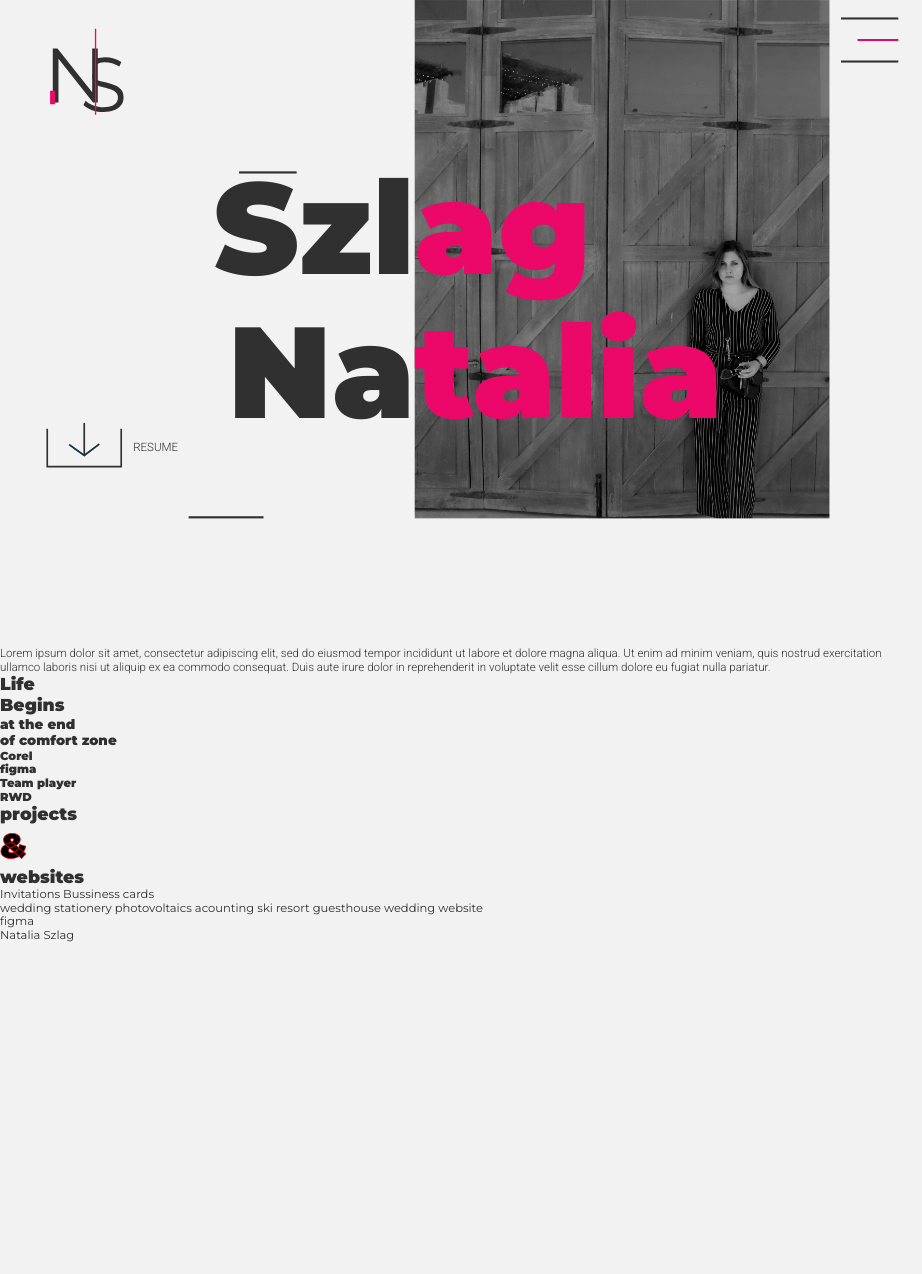
Repository: nataliaszlag/portfolio3
Page: index.html
These files come from the project's save history. The page is drawn as it stood at one moment and after a run of saves; the edit follows.
The browser window is 1280 px wide. The pictures show the whole page, at 72% of full size.
The style sheet was rebuilt from its Sass, Less or Tailwind sources for each picture, by a compiler version that may differ from the author's.

Above is the page before, as saved 2020-09-26 20:31:15.

### index.html
<!DOCTYPE html>
<html lang="en">
<head>
    <meta charset="UTF-8">
    <meta name="viewport" content="width=device-width, initial-scale=1.0">
    <title>Portfolio</title>
    <link rel="stylesheet" href="/css/style.css">
    <link href="https://fonts.googleapis.com/css2?family=Montserrat:wght@300;400;600;900&family=Roboto:wght@300&display=swap" rel="stylesheet">
<body>
    <img><img class="hero-img"src="/img/img-hero.JPG" alt="zdj"><h1 class="h1-name-2 clr-prim">ag<br>talia</h1></div>
    <header class="hero">
        <nav>
            <logo class="logo">
                <svg width="202" height="202" viewBox="0 0 202 202" fill="none" xmlns="http://www.w3.org/2000/svg">
                    <path d="M111.707 131.661C106.15 131.661 100.822 130.771 95.7284 128.989C90.6331 127.207 86.6957 124.857 83.9163 121.934L87.0156 115.841C89.7232 118.549 93.3219 120.742 97.8117 122.416C102.302 124.091 106.933 124.927 111.707 124.927C118.407 124.927 123.43 123.699 126.779 121.239C130.128 118.781 131.805 115.592 131.805 111.673C131.805 108.68 130.895 106.292 129.078 104.511C127.26 102.729 125.035 101.357 122.397 100.396C119.76 99.4333 116.091 98.3831 111.387 97.2422C78.7372 90.0157 110.659 55.7886 98.6857 58.3337C92.9473 59.5532 105.322 55.7647 113.312 55.5543C117.586 55.4414 121.773 56.1427 125.871 57.3177C129.969 58.4945 133.513 60.116 136.506 62.1821L133.835 68.4884C130.7 66.4223 127.351 64.8726 123.786 63.8395C120.223 62.8047 116.732 62.3344 113.312 62.2882C95.5796 62.0521 91.8988 81.0702 103.104 87.2483C105.649 88.6525 109.535 89.2614 114.167 90.4023C119.654 91.7552 124.089 93.091 127.474 94.4098C130.859 95.7285 133.727 97.7228 136.079 100.396C138.431 103.068 139.607 106.684 139.607 111.245C139.607 115.022 138.591 118.46 136.561 121.561C134.529 124.66 131.411 127.118 127.207 128.936C123.003 130.753 117.837 131.661 111.707 131.661Z" fill="#303030"/>
                    <path d="M103.826 43.3881V118.212H97.3055L49.2035 57.4973V118.212H41.2945V43.3881H47.8146L96.0226 104.103V43.3881H103.826Z" fill="#303030"/>
                    <path fill-rule="evenodd" clip-rule="evenodd" d="M99.789 135.296V16.0728H101.621V135.296H99.789Z" fill="#EC0868"/>
                    <path fill-rule="evenodd" clip-rule="evenodd" d="M37.5521 120.721L37.5538 101.949L44.6315 101.956V120.726L37.5521 120.721Z" fill="#EC0868"/>
                    </svg>


            </logo>
            <ul class="navbar">
                <svg class="hamburger"width="80" height="63" viewBox="0 0 80 63" fill="none" xmlns="http://www.w3.org/2000/svg">
                    <g  class="line-menu-1"><line y1="1.5" x2="80" y2="1.5" stroke="#303030" stroke-width="3"/></g>
                    <g class="line-menu-2"><line y1="61.5" x2="80" y2="61.5" stroke="#303030" stroke-width="3"/></g>
                    <line x1="23" y1="31.5" x2="80" y2="31.5" stroke="#EC0868" stroke-width="3"/>
                    </svg>

                <li class="nav-list"><a href ="#">ABOUT</a></li>
                <li class="nav-list"><a href ="#">PORTFOLIO</a></li>
                <li class="nav-list"><a href ="#">CONTACT</a></li>
            </ul>
        </nav>
        <div class="flex">
            <div class="line-1"></div>
            <h1 class="h1-name">Szl<br>Na</h1>
        </div>
        <div class="resume">
            <icon class="resume-icon">
                <svg width="106" height="63" viewBox="0 0 106 63" fill="none" xmlns="http://www.w3.org/2000/svg">
                    <path d="M1.60553 8.5282V61.0716H104.395V8.5282" stroke="#303030" stroke-width="2.36" stroke-miterlimit="22.9256"/>
                    <path d="M53 0.473083V45.5269" stroke="#303030" stroke-width="2.36" stroke-miterlimit="22.9256"/>
                    <path d="M32.1326 30.6015L52.9999 45.5269L73.8673 29.8981" stroke="#00A0E3" stroke-width="2.36" stroke-miterlimit="22.9256"/>
                    <path d="M32.1326 30.6015L52.9999 45.5269L73.8673 29.8981" stroke="#303030" stroke-width="2.36" stroke-miterlimit="22.9256"/>
                    </svg>
            </icon>
            <p class="resume-p">RESUME</p>
            <div class="line-2"></div>
        </div>
    </header>
    <main>
        <article class="main-page">

            <div class="arrow">
                <svg>
                </svg>
            </div>
    </article>
        <article class="about">
            <div class="about-flex">
                <p class="about-p">
                    Lorem ipsum dolor sit amet, consectetur adipiscing elit, sed do eiusmod tempor incididunt ut labore et dolore magna aliqua. Ut enim ad minim veniam, quis nostrud exercitation ullamco laboris nisi ut aliquip ex ea commodo consequat. Duis aute irure dolor in reprehenderit in voluptate velit esse cillum dolore eu fugiat nulla pariatur.
                </p>
        </div>
            <div class="about-flex">
                <h2 class="about-primary">Life</h2>
                <h2 class="about-secondary">Begins</h2>
                <h3 class="about-terciary">at the end<br>of comfort zone</h3>
        </div>
            <div class="about-flex">
                <div class="vector"></div>
        </div>
            <div class="about-flex">
                <h4 class="stat">Corel</h4>
                <div class="stat-bar">
                <div class="bar"></div>
                <div class="bar"></div>
                <div class="bar"></div>
                <div class="bar"></div>
                <div class="bar"></div>
            </div>
            <h4 class="stat">figma</h4>
                <div class="stat-bar">
                <div class="bar-1"></div>
                <div class="bar-2"></div>
                <div class="bar-3"></div>
                <div class="bar-4"></div>
                <div class="bar-5"></div>
            </div>
            <h4 class="stat">Team player</h4>
                <div class="stat-bar">
                <div class="bar-1"></div>
                <div class="bar-2"></div>
                <div class="bar-3"></div>
                <div class="bar-4"></div>
                <div class="bar-5"></div>
            </div>
            <h4 class="stat">RWD</h4>
                <div class="stat-bar">
                <div class="bar-1"></div>
                <div class="bar-2"></div>
                <div class="bar-3"></div>
                <div class="bar-4"></div>
                <div class="bar-5"></div>
            </div>
        </div>
    </article>

    <article class="portfolio">
        <h2 class="portfolio-primary">projects<br></h2>
        <h2 class="portfolio-ampersand">&</h2>
        <h2 class="portfolio-secondary">websites</h2>

        <div class="projects-flex">
            <div class="project-gallery">
                <a href="https://www.kraftdesign.pl" target="_blank" class="link">Invitations</a>
                <a href="#gallery" class="link">Bussiness cards</a>
            </div>
            <div class="project-links">
                <a href="https://www.kraftdesign.pl" target="_blank" class="link">wedding stationery</a>
                <a href="https://www.cellinstalacje.pl" class="link" target="_blank" >photovoltaics</a>
                <a href="https://www.cellsksiegowosc.pl" class="link" target="_blank">acounting</a>
                <a href="https://www.masterski.pl" class="link" target="_blank">ski resort</a>
                <a href="https://www.tylicznoclegi.pl" class="link" target="_blank">guesthouse</a>
                <a href="https://www.pobieramysie.info" class="link" target="_blank">wedding website</a>
            </div>
            <div class="project-display">
                figma
            </div>
        </div>
    </article>

    <article class="contact">
        <div class="square">
            <div class="socials">
                <div class="social-info"></div>
                <div class="social-info"></div>
            </div>
            <div class="svg-animate">Natalia Szlag</div>
        </div>

        <div class="square bg-cover">
            <div class="social-sq">
                <svg class="social-ico">insta</svg>
            </div>
            <div class="social-sq">
                <svg class="social-ico">facebook</svg>
            </div>
            <div class="social-sq">
                <svg class="social-ico">pinterest</svg>
            </div>
        </div>
    </article>
    </main>
  </body>
</html>

### scss/style.scss
// ==========================================
// variables
// ==========================================

//font-var
$font-primary: 'Montserrat', sans-serif;
$font-secondary: 'roboto', sans-serif;
$font-spacing-primary: 10%;
$font-line-primary: 25pt;

//color-var
$clr-font: #303030;
$clr-bg: #f2f2f2;
$clr-accent: #ec0868;


// ============================================
// main style
// =======================================
*,
*:hover,
*:focus{
box-sizing: border-box;
color: $clr-font;
}

body{
    background-color: $clr-bg;
}

*{
    margin: 0;
    padding: 0;
    font-family: $font-primary;
    text-decoration: none;
}

.portfolio-ampersand{
    font-size: 48px;
    color: black;
    -webkit-text-stroke: 1px red;
}

.hero{
    min-height: 100%;
    height: 100vh;
    max-width: 95%;
    margin: auto;
}

.hero-img{
    object-fit: cover;
    top: 0;
    left: 45%;
    position: absolute;
    height: 100vh;
    width: 45%;
    z-index: -1;
}

.h1-name{
    text-align: right;
    position: absolute;
    right: 55%;
    top: 30%;
    display: inline-block;
    font-weight: 900;
    font-size: 180px;
    line-height: 200px;
    padding-left: 10px;
    z-index: 3;
}


.h1-name-2{
    position: absolute;
    left: 45%;
    top:30%;
    display: inline-block;
    font-weight: 900;
    font-size: 180px;
    line-height: 200px;
    z-index: 3;
}

.clr-prim{
    color: $clr-accent;
}

.resume{
    position: absolute;
    left: 5%;
    bottom: 0;;
    display: flex;
    align-items: center;

    &-p{
        padding: 15px;
    }

    .line-2{
        display: inline-block;
    content:'';
    width: 104px;
    height: 200px;
    border-bottom: solid 3px $clr-font;
    }
}

.line-1{
    display: inline-block;
    content:'';
    width: 80px;
    height: 200px;
    border-top: solid 3px $clr-font;
    margin-left: 300px;
}

nav{
    margin-top: 5px;
    display: flex;
    justify-content: space-between;
    ul{
        display: block;
        list-style-type: none;
        text-align: right;
        li{
            opacity: 0;
            overflow: hidden;
            padding: 15px;
            transition: .2s ease-out;
        }
    }

    ul:hover > li{
        opacity: 1;
    }

    ul:hover .line-menu-1{
        transform: translateY(20px);
    }

    ul:hover .line-menu-2{
        transform: translateY(-20px);
    }
    }

li{
    transition: .2s ease-out;
}

li:hover{
    transform: scale(1.2);
    color: $clr-accent;
}

a{
    transition: .2s ease-out;
}

a:hover{
    color: $clr-accent;
}

.line-menu-1{
    transition: .2s ease-out;
}

.line-menu-2{
    transition: .2s ease-out;
}

p{
    font-family: $font-secondary;
}

After the next 3 saves:
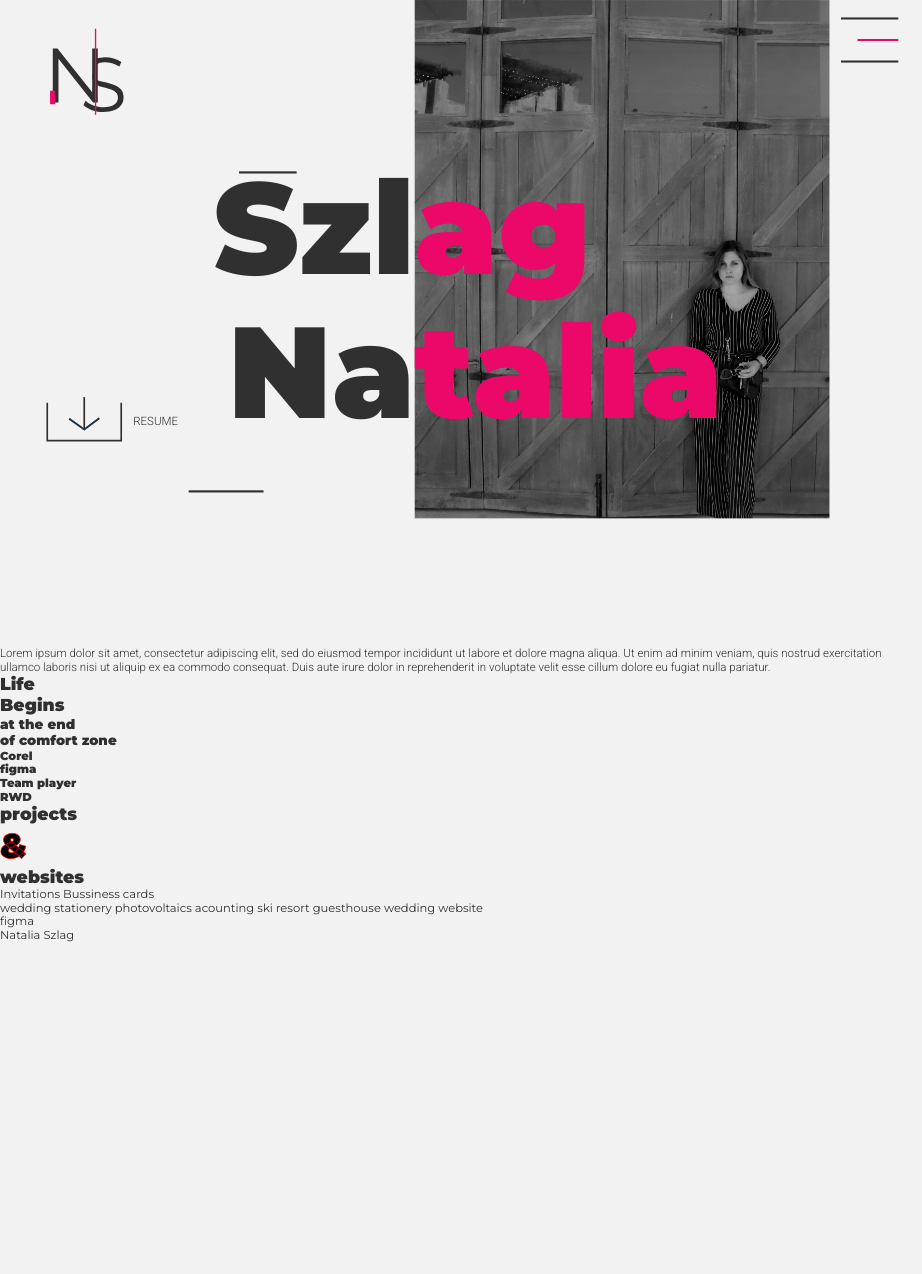
The 3 saves are shown as one change because they came seconds apart.
The last was saved 12 s later.
--- a/scss/style.scss
+++ b/scss/style.scss
@@ -90,7 +90,7 @@ body{
 .resume{
     position: absolute;
     left: 5%;
-    bottom: 0;;
+    bottom: 5%;
     display: flex;
     align-items: center;
 
